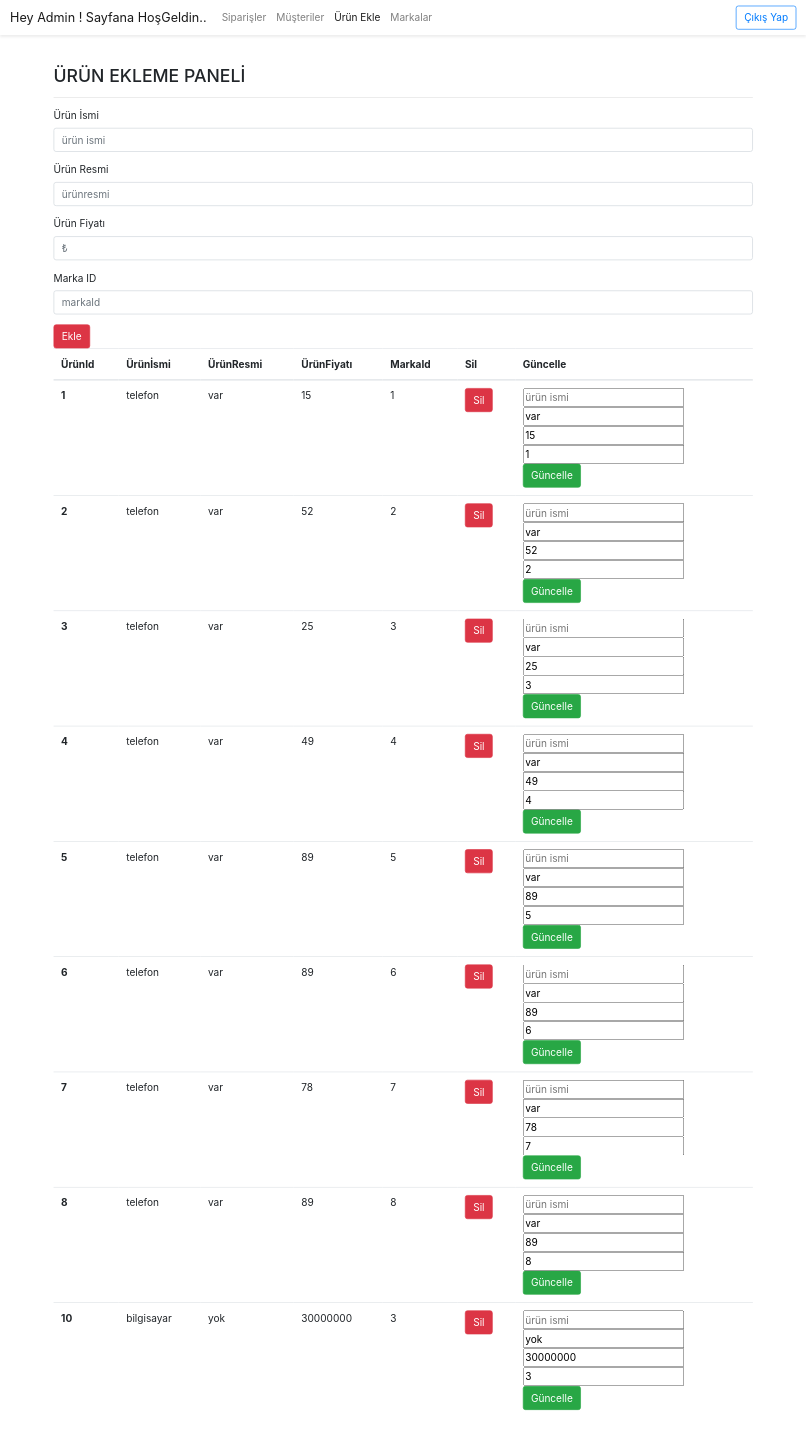
Repository: NergisAktug/E-Commerce-PythonWithFlask-Sqlite3
Page: http://localhost/urunEkle
The author's editor kept a copy of each file at every save. The page is drawn from the files as they stood at one save, then again after the next save.
The browser window is 1280 px wide. The pictures show the whole page, at 63% of full size.
Some web libraries are served in a nearby version. The page is served by the project's application, run on Flask 3 (app.py). The page reads the database file committed with the project.

Above is the page before, as saved 2018-12-09 23:31:34.

### templates/urunEkle.html
<!doctype html>
<html lang="en">
  <head>
      <!-- Required meta tags -->
    <meta charset="utf-8">
    <meta name="viewport" content="width=device-width, initial-scale=1, shrink-to-fit=no">
    <link rel="stylesheet" href="https://use.fontawesome.com/releases/v5.5.0/css/all.css" integrity="sha384-B4dIYHKNBt8Bc12p+WXckhzcICo0wtJAoU8YZTY5qE0Id1GSseTk6S+L3BlXeVIU" crossorigin="anonymous">
    <!-- Bootstrap CSS -->
    <link rel="stylesheet" href="https://stackpath.bootstrapcdn.com/bootstrap/4.1.3/css/bootstrap.min.css" integrity="sha384-MCw98/SFnGE8fJT3GXwEOngsV7Zt27NXFoaoApmYm81iuXoPkFOJwJ8ERdknLPMO" crossorigin="anonymous">

    <title>Hello, world!</title>
  </head>
  <body>
    <nav class="navbar navbar-expand-lg navbar-light shadow-sm" >
        <a href="/" class="navbar-brand">Hey Admin ! Sayfana HoşGeldin..</a>
        <button class="navbar-toggler" type="button" data-toggle="collapse" data-target="#navbarMenü">
            <span class="navbar-toggler-icon"></span>
        </button>
        <div class="collapse navbar-collapse" id="navbarMenü">
            <ul class="navbar-nav mr-auto">
                <li class="nav-item">
                    <a href="#" class="nav-link" >Siparişler</a>
                 </li>
                 <li class="nav-item">
                        <a href="#" class="nav-link">Müşteriler</a>
                     </li>
                     <li class="nav-item">
                        <a href="#" class="nav-link active">Ürün Ekle</a>
                     </li>
                     <li class="nav-item">
                        <a href="/Markalar" class="nav-link ">Markalar</a>
                     </li>
                </ul>
                <ul class="navbar-nav">
                    <li class="nav-item">
                    <a href="/cikis" class="btn btn-outline-primary">Çıkış Yap</a>
                    </li>
                </ul>

        </div>

    </nav>
    <div class="container my-5" style="margin-top:100px;">
        <h3>ÜRÜN EKLEME PANELİ</h3>
        <HR>
        <form action="/urunEklemeYap"  method="POST">
            <div class="form-group">
              <label for="formGroupExampleInput">Ürün İsmi</label>
              <input type="text" class="form-control" id="formGroupExampleInput" placeholder="ürün ismi" name="urunismi">
            </div>
            <div class="form-group">
              <label for="formGroupExampleInput2">Ürün Resmi</label>
              <input type="text" class="form-control" id="formGroupExampleInput2" placeholder="ürünresmi" name="urunresmi">
            </div>
            <div class="form-group">
                    <label for="formGroupExampleInput2">Ürün Fiyatı</label>
                    <input type="number" class="form-control" id="formGroupExampleInput2" placeholder="₺" name="fiyati">
                  </div>
            <div class="form-group">
                <label for="formGroupExampleInput2">Marka ID</label>
                <input type="number" class="form-control" id="formGroupExampleInput2" placeholder="markaId" name="markaId" >
            </div>
            <button type="submit" class="btn btn-danger">Ekle</button>
        </form>
          {% if tumVeri==[] %}
          <div class="alert alert-warning" role="alert">Herhangi bir ürün yok...</div>
          {% else %}
          <table class="table">
              <thead>
                  <tr>
                      <th scope="col">ÜrünId</th>
                      <th scope="col">Ürünİsmi</th>
                      <th scope="col">ÜrünResmi </th>
                      <th scope="col">ÜrünFiyatı</th>
                      <th scope="col">MarkaId</th>
                      <th scope="col">Sil</th>
                      <th scope="col">Güncelle</th>
                  </tr>
              </thead>
              <tbody>

                {% for veri in tumVeri  %}
                    <tr>
                        <th scope="row">{{veri.urun_id}}</th>
                        <td>{{veri.urunismi}}</td>
                        <td>{{veri.urunresmi}}</td>
                        <td>{{veri.urunFiyati}}</td>
                        <td>{{veri.markaId}}</td>
                        <td><a href="/sil/{{veri.urun_id}}" class="btn btn-danger">Sil</a></td>
                        {% if  veri==[] %}

                       {% else %}
                        <td>
                            <form method="POST" action="/guncelle/{{veri.urun_id}}" style="display: inline">
                              <input type="text" value="{{veri.ismi}}" name="urunİsmi" placeholder="ürün ismi"><br>
                              <input type="text" value="{{veri.urunresmi}}" name="urunresmi" placeholder="ürünresmi"><br>
                              <input type="number" value="{{veri.urunFiyati}}" name="urunFiyati" placeholder="₺"><br>
                              <input type="number" value="{{veri.markaId}}" name="markaId" placeholder="markaId"><br>
                              <input type="submit" value="Güncelle" class="btn btn-success" style="text-align: center;float:left">
                            </form>
                          </td>
                          {% endif %}

                    </tr>
                {% endfor %}


              </tbody>
          </table>

          {% endif %}

  </div>



    <!-- Optional JavaScript -->
    <!-- jQuery first, then Popper.js, then Bootstrap JS -->
    <script src="https://unpkg.com/aos@2.3.1/dist/aos.js"></script>
    <script src="https://code.jquery.com/jquery-3.3.1.slim.min.js" integrity="sha384-q8i/X+965DzO0rT7abK41JStQIAqVgRVzpbzo5smXKp4YfRvH+8abtTE1Pi6jizo" crossorigin="anonymous"></script>
    <script src="https://cdnjs.cloudflare.com/ajax/libs/popper.js/1.14.3/umd/popper.min.js" integrity="sha384-ZMP7rVo3mIykV+2+9J3UJ46jBk0WLaUAdn689aCwoqbBJiSnjAK/l8WvCWPIPm49" crossorigin="anonymous"></script>
    <script src="https://stackpath.bootstrapcdn.com/bootstrap/4.1.3/js/bootstrap.min.js" integrity="sha384-ChfqqxuZUCnJSK3+MXmPNIyE6ZbWh2IMqE241rYiqJxyMiZ6OW/JmZQ5stwEULTy" crossorigin="anonymous"></script>
    <script>
        AOS.init();
      </script>
  </body>
</html>

### app.py
import datetime
import sqlite3 as sql
from flask import Flask,flash, request, render_template_string, render_template
from flask import Flask, url_for, render_template, request, redirect, session, escape, render_template_string
from flask_babelex import Babel
from flask_sqlalchemy import SQLAlchemy
from flask_user import current_user, login_required, roles_required
from sqlalchemy.sql import table, column, select
from sqlalchemy import MetaData, create_engine
from flask_user import login_required, roles_required, UserManager, UserMixin


class ConfigClass(object):

    SECRET_KEY = 'This is an INSECURE secret!! DO NOT use this in production!!'

    SQLALCHEMY_DATABASE_URI = 'sqlite:///eticaret.sqlite'
    SQLALCHEMY_TRACK_MODIFICATIONS = False

    MAIL_SERVER = 'smtp.gmail.com'
    MAIL_PORT = 465
    MAIL_USE_SSL = True
    MAIL_USE_TLS = False
    MAIL_USERNAME = 'nergis.aktug2014@gmail.com'
    MAIL_PASSWORD = '05383896877'
    MAIL_DEFAULT_SENDER = '"MyApp" <xyz@gmail.com>'

    USER_ENABLE_EMAIL = True
    USER_ENABLE_USERNAME = False
    USER_EMAIL_SENDER_EMAIL = "noreply@example.com"


def create_app():



    app = Flask(__name__)
    app.config.from_object(__name__ + '.ConfigClass')

    db = SQLAlchemy(app)

    class Kullanici(db.Model):
        __tablename__ = 'Kullanici'
        id = db.Column(db.Integer, primary_key=True)
        email = db.Column(db.String(80), unique=True)
        sifre = db.Column(db.String(80))
        rolId = db.Column(db.Integer, db.ForeignKey('rol.rolId', ondelete='CASCADE'))
        active = db.Column('is_active', db.Boolean(), nullable=False, server_default='1')


        def __init__(self, email, sifre):
            self.email = email
            self.sifre = sifre
            self.rolId = 0

    class Roller(db.Model):
        __tablename__ = 'rol'
        rolId = db.Column(db.Integer, primary_key=True)
        rolisim = db.Column(db.String(80))

    class urunler(db.Model):
        __tablename__ = 'urunler'
        urun_id = db.Column(db.Integer, primary_key=True)
        urunismi = db.Column(db.String(80))
        urunresmi = db.Column(db.String(80))
        urunFiyati = db.Column(db.Integer)
        markaId = db.Column(db.Integer(), db.ForeignKey('markalar.markaId', ondelete='CASCADE'))

        def __init__(self, urunismi, urunresmi, urunFiyati,markaId):
            self.urunismi =urunismi
            self.urunresmi = urunresmi
            self.urunFiyati = urunFiyati
            self.markaId=markaId



    class markalar(db.Model):
        __tablename__ = 'markalar'
        markaId = db.Column(db.Integer, primary_key=True)
        markaadi = db.Column(db.String(80))
        marka_modeli = db.Column(db.String(80))

        def __init__(self, markaadi, marka_modeli):
            self.markaadi = markaadi
            self.marka_modeli = marka_modeli

    class musteri(db.Model):
        __tablename__ = 'musteri'
        musteriId = db.Column(db.Integer, primary_key=True)
        musteriadi = db.Column(db.String(80))
        musterisoyadi = db.Column(db.String(80))
        mail = db.Column(db.String(80), unique=True)
        telefon = db.Column(db.Integer)
        sifre = db.Column(db.String(80))
        il = db.Column(db.String(80))
        ilce = db.Column(db.String(80))
        kullaniciId = db.Column(db.Integer(), db.ForeignKey('Kullanici.id', ondelete='CASCADE'))

        def __init__(self, musteriadi, musterisoyadi, mail, telefon, sifre, il, ilce, kullaniciId):
            self.musteriadi = musteriadi
            self.musterisoyadi = musterisoyadi
            self.mail = mail
            self.telefon = telefon
            self.sifre = sifre
            self.il = il
            self.ilce = ilce
            self.kullaniciId = kullaniciId

    class siparis(db.Model):
        __tablename__ = 'siparis'
        siparisId = db.Column(db.Integer, primary_key=True)
        musteriId = db.Column(db.Integer(), db.ForeignKey('musteri.musteriId', ondelete='CASCADE'))
        urunId = db.Column(db.Integer(), db.ForeignKey('urunler.urun_id', ondelete='CASCADE'))
        siparisno = db.Column(db.Integer)
        siparisTarihi = db.Column(db.Integer)
        odemeId = db.Column(db.Integer())

        def __init__(self, musteriId, urunId, siparisno, siparisTarihi, odemeId):
            self.musteriId = musteriId
            self.urunId = urunId
            self.siparisno = siparisno
            self.siparisTarihi = siparisTarihi
            self.odemeId = odemeId
    db.create_all()

    @app.route('/')
    def anasayfa():
        return render_template('index.html')

    @app.route('/kayit', methods=['GET', 'POST'])
    def kayit():
        if request.method == 'POST':
            mail = request.form['email']
            parola = request.form['sifre']
            yeniKullanici = Kullanici(email=mail, sifre=parola)
            db.session.add(yeniKullanici)
            db.session.commit()
            if yeniKullanici is not None:
                mesaj = "Kayıt Başarıyla Sağlanmıştır."
                return render_template("index.html", mesaj=mesaj)
        else:
            return render_template('kayit.html')
    @app.route('/admin')
    def admin():
        return render_template("admin.html")

    @app.route('/uye', methods=['GET', 'POST'])
    def uye():
        return render_template("uyeGirisi.html")

    @app.route('/giris', methods=['GET', 'POST'])
    def giris():
        hata=None
        if request.method=='POST':
            if request.form['email']!='admin@example.com' or request.form['sifre']!='admin':
                if Kullanici.query.filter_by(email=request.form['email'],sifre=request.form['sifre']) is not None:
                    session['uye_giris']=True
                    return redirect(url_for('anasayfa'))
                else:
                    hata='hatalı giris yaptınız'

            else:
                flash('giriş başarılı')
                session['admin_giris']=True
                return redirect(url_for('admin'))
        return render_template('uyeGiris.html',hata=hata)
    @app.route('/cikis')
    def cikis():

        session.pop('admin_giris',None)
        session.pop('uye_giris',None)
        return render_template("index.html")
    @app.route('/urunEkle')
    def urunGoster():
        tumVeri=urunler.query.all()
        return render_template("urunEkle.html",tumVeri=tumVeri)
    @app.route('/urunEklemeYap',methods=['POST'])
    def urunEklemeYap():
        urunismi=request.form['urunismi']
        urunResmi=request.form['urunresmi']
        urunFiyati=request.form['fiyati']
        markaId=request.form['markaId']
        yeniUrun=urunler(urunismi=urunismi,urunresmi=urunResmi,urunFiyati=urunFiyati,markaId=markaId)
        db.session.add(yeniUrun)
        db.session.commit()
        return redirect(url_for("urunGoster"))
    @app.route("/sil/<string:id>")
    def sil(id):
        urun=urunler.query.filter_by(urun_id=id).first()
        db.session.delete(urun)
        db.session.commit()
        return redirect(url_for("urunEkle"))
    @app.route('/guncelle/<string:id>',methods=['POST','GET'])
    def guncelle(id):
        try:
            urunismi = request.form.get("urunİsmi")
            urunresmi = request.form.get("urunresmi")
            urunFiyati = request.form.get("urunFiyati")
            markaId = request.form.get("markaId")
            urun = urunler.query.filter_by(urun_id=id).first()
            urun.urunismi = urunismi
            urun.urunresmi=urunresmi
            urun.urunFiyati=urunFiyati
            urun.markaId=markaId
            db.session.commit()
        except Exception as e:
            print("güncelleme yapılamadı")
            print(e)
        return redirect(url_for('urunGoster'))






    @app.route('/Markalar')
    def Markalar():
       tumMarka=markalar.query.all()
       return render_template("marka.html",tumMarka=tumMarka)
    return app
if __name__ == '__main__':
    app=create_app()
    app.run(host='127.0.0.1', port=5000, debug=True)

### eticaret.sqlite (the tables this page reads, as SQL)
CREATE TABLE "urunler" (
	`urun_id`	INTEGER NOT NULL,
	`urunismi`	VARCHAR ( 80 ),
	`urunresmi`	VARCHAR ( 256 ),
	`urunstok`	INTEGER,
	`urunFiyati`	INTEGER,
	`markaId`	INTEGER,
	`popular`	TEXT,
	PRIMARY KEY(`urun_id`),
	FOREIGN KEY(`markaId`) REFERENCES `markalar`(`markaId`) ON DELETE CASCADE
);
INSERT INTO "urunler" VALUES
(1, 'telefon', 'var', 50, 15, 1, '1'),
(2, 'telefon', 'var', 10, 52, 2, '0'),
(3, 'telefon', 'var', 26, 25, 3, '0'),
(4, 'telefon', 'var', 78, 49, 4, '0'),
(5, 'telefon', 'var', 52, 89, 5, '3'),
(6, 'telefon', 'var', 12, 89, 6, '2'),
(7, 'telefon', 'var', 16, 78, 7, '7'),
(8, 'telefon', 'var', 45, 89, 8, '0'),
(10, 'bilgisayar', 'yok', 1, 30000000, 3, NULL);

After the next save:
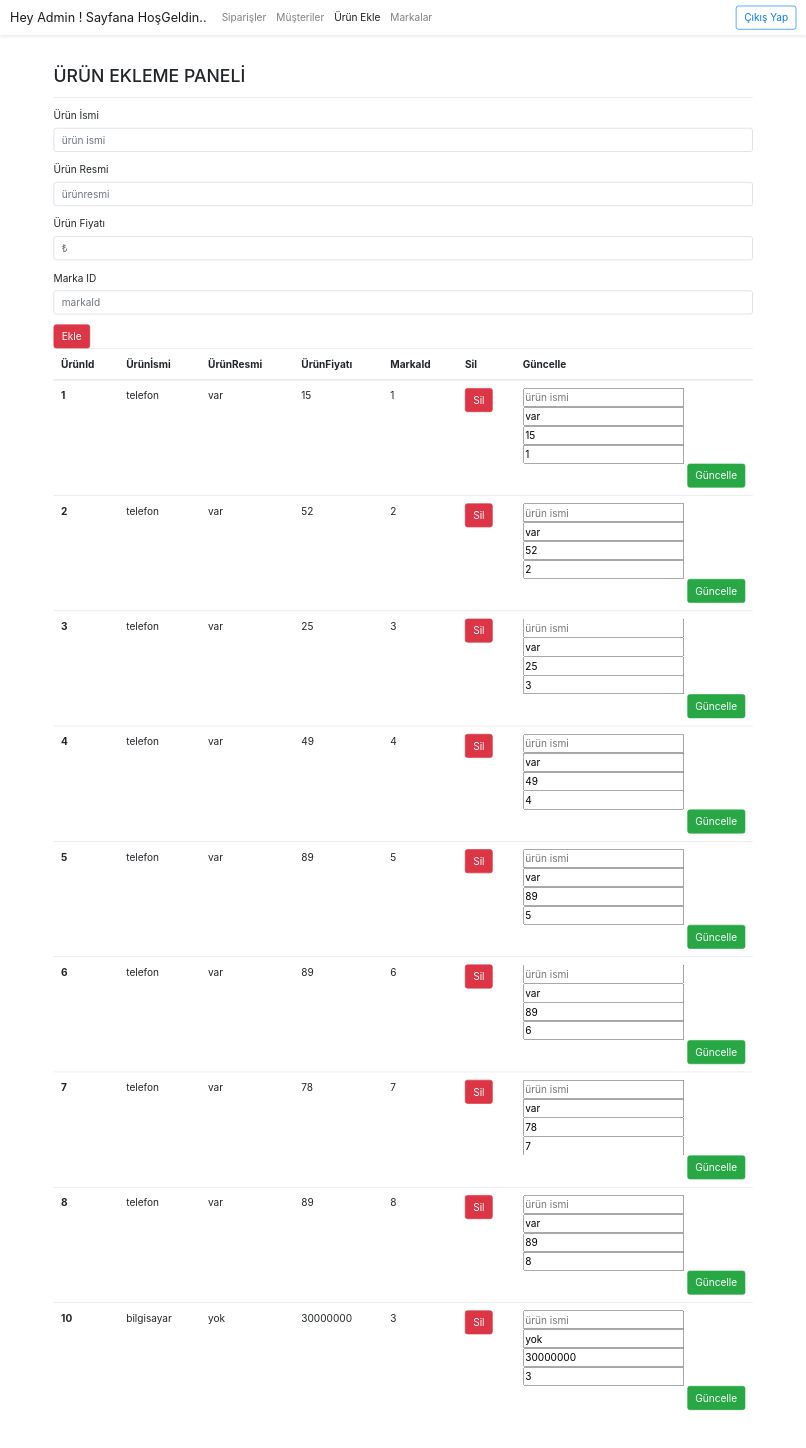
Saved 15 s later.
--- a/templates/urunEkle.html
+++ b/templates/urunEkle.html
@@ -96,7 +96,7 @@
                               <input type="text" value="{{veri.urunresmi}}" name="urunresmi" placeholder="ürünresmi"><br>
                               <input type="number" value="{{veri.urunFiyati}}" name="urunFiyati" placeholder="₺"><br>
                               <input type="number" value="{{veri.markaId}}" name="markaId" placeholder="markaId"><br>
-                              <input type="submit" value="Güncelle" class="btn btn-success" style="text-align: center;float:left">
+                              <input type="submit" value="Güncelle" class="btn btn-success" style="text-align: center;float:right;">
                             </form>
                           </td>
                           {% endif %}

After the save that followed:
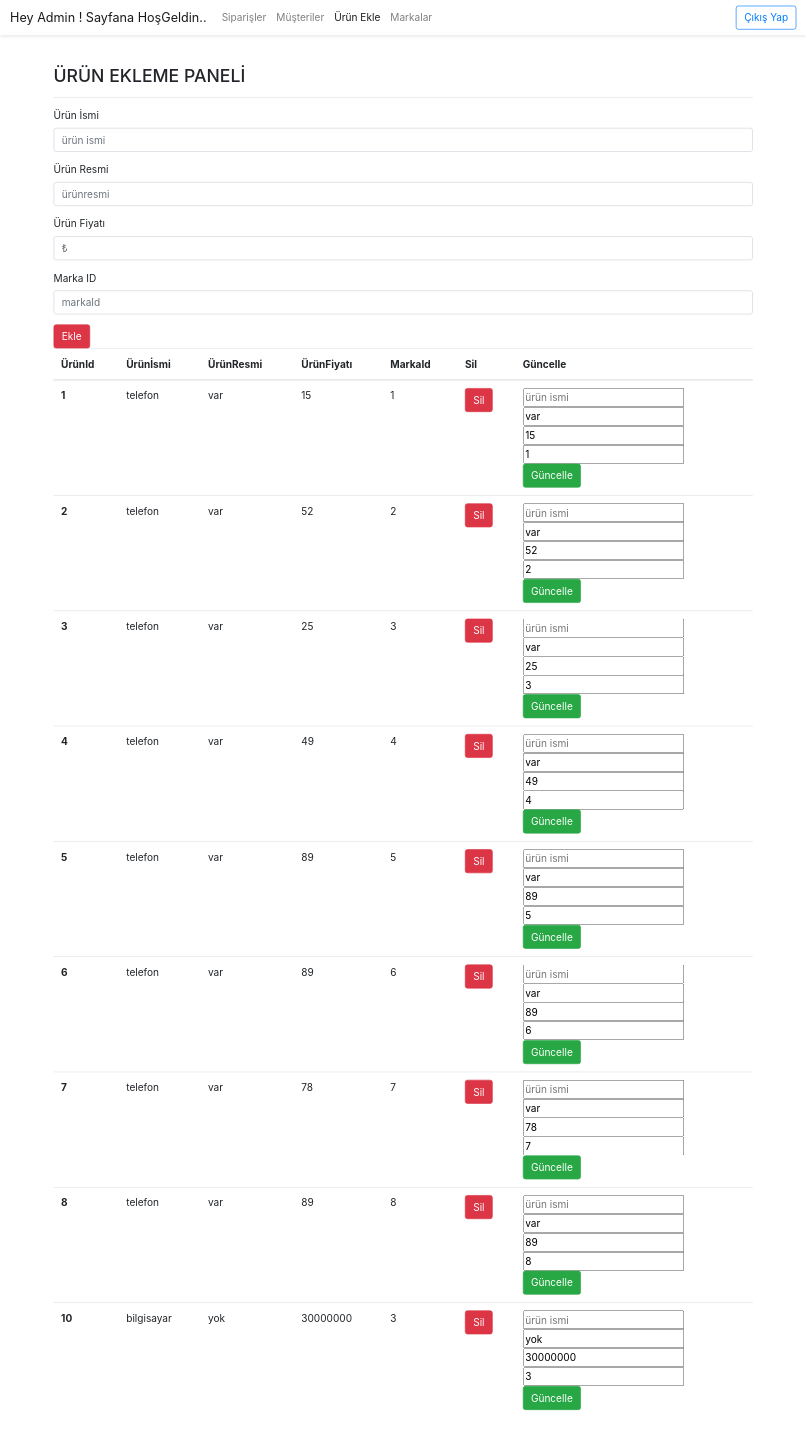
Saved 41 s later.
--- a/templates/urunEkle.html
+++ b/templates/urunEkle.html
@@ -96,7 +96,7 @@
                               <input type="text" value="{{veri.urunresmi}}" name="urunresmi" placeholder="ürünresmi"><br>
                               <input type="number" value="{{veri.urunFiyati}}" name="urunFiyati" placeholder="₺"><br>
                               <input type="number" value="{{veri.markaId}}" name="markaId" placeholder="markaId"><br>
-                              <input type="submit" value="Güncelle" class="btn btn-success" style="text-align: center;float:right;">
+                              <input type="submit" value="Güncelle" class="btn btn-success" style="float: initial">
                             </form>
                           </td>
                           {% endif %}
